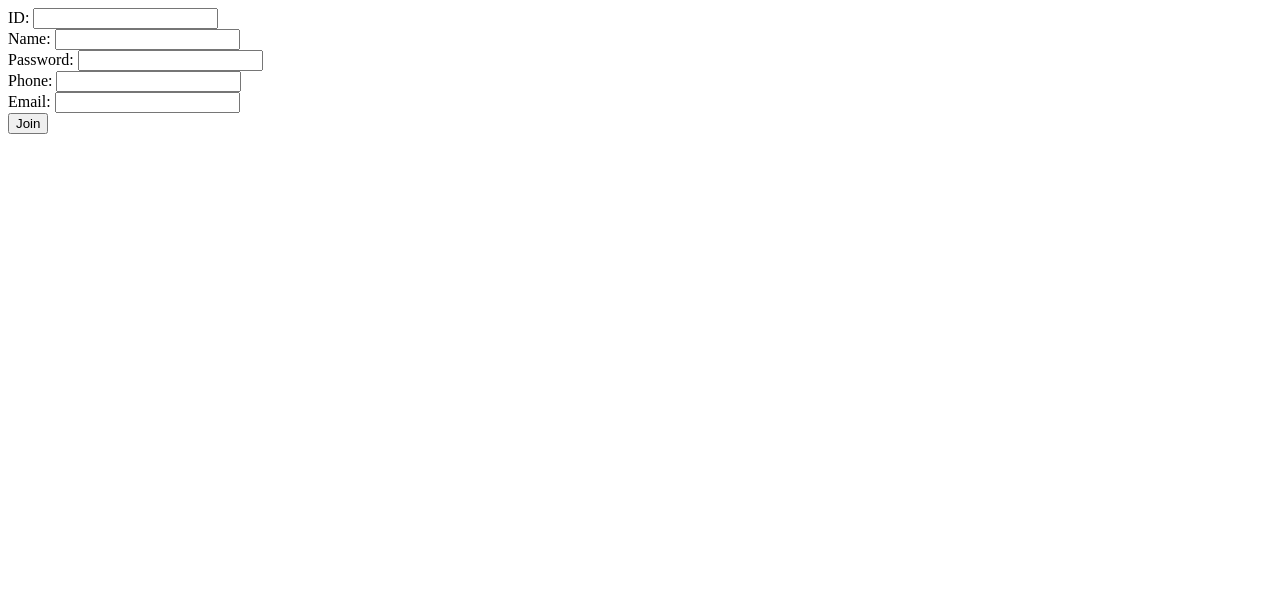
Repository: i-kemen/jsp
Page: WebTest/src/main/webapp/join.html
These files come from the project's save history. The page is drawn as it stood at one moment and after the next save; the edit follows.
The browser window is 1280 px wide. The pictures show the whole page.

Above is the page before, as saved 2023-06-26 08:54:44.

After the next save:
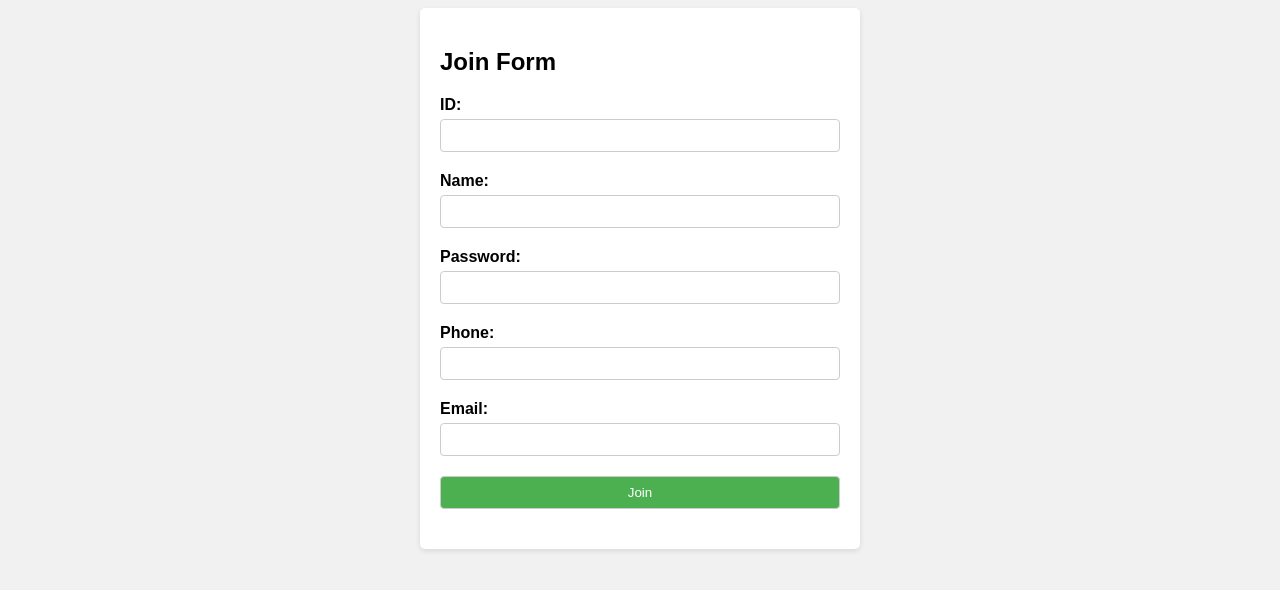
Saved 55 s later.
--- a/WebTest/src/main/webapp/join.html
+++ b/WebTest/src/main/webapp/join.html
@@ -1,49 +1,112 @@
 <!DOCTYPE html>
 <html>
 <head>
-<meta charset="UTF-8">
-<title>Insert title here</title>
-<script>
-function validateForm() {
-  var password = document.getElementById("password").value;
-  var phone = document.getElementById("phone").value;
-  var email = document.getElementById("email").value;
-  var passwordPattern = /^(?=.*[a-zA-Z])(?=.*[0-9]).{4,}$/;
-  var phonePattern = /^010-\d{4}-\d{4}$/;
-  var emailPattern = /^\w+([\.-]?\w+)*@\w+([\.-]?\w+)*(\.\w{2,3})+$/;
+    <meta charset="UTF-8">
+    <title>Join Form</title>
+    <style>
+        body {
+            font-family: Arial, sans-serif;
+            background-color: #f1f1f1;
+        }
 
-  if (!passwordPattern.test(password)) {
-    alert("비밀번호는 영문과 숫자를 혼합하여 최소 4글자 이상으로 입력해주세요.");
-    return false;
-  }
+        .container {
+            max-width: 400px;
+            margin: 0 auto;
+            padding: 20px;
+            background-color: #fff;
+            border-radius: 5px;
+            box-shadow: 0 2px 5px rgba(0, 0, 0, 0.1);
+        }
 
-  if (!phonePattern.test(phone)) {
-    alert("전화번호를 010-0000-0000 형식으로 입력해주세요.");
-    return false;
-  }
+        .form-group {
+            margin-bottom: 20px;
+        }
 
-  if (!emailPattern.test(email)) {
-    alert("유효한 이메일 주소를 입력해주세요.");
-    return false;
-  }
+        .form-group label {
+            display: block;
+            margin-bottom: 5px;
+            font-weight: bold;
+        }
 
-  return true;
-}
-</script>
+        .form-group input {
+            width: 100%;
+            padding: 8px;
+            border: 1px solid #ccc;
+            border-radius: 4px;
+            box-sizing: border-box;
+        }
+
+        .form-group input[type="submit"] {
+            background-color: #4CAF50;
+            color: #fff;
+            cursor: pointer;
+        }
+
+        .form-group input[type="submit"]:hover {
+            background-color: #45a049;
+        }
+
+        .error-message {
+            color: #ff0000;
+            margin-top: 5px;
+        }
+    </style>
+    <script>
+        function validateForm() {
+            var password = document.getElementById("password").value;
+            var phone = document.getElementById("phone").value;
+            var email = document.getElementById("email").value;
+            var passwordPattern = /^(?=.*[a-zA-Z])(?=.*[0-9]).{4,}$/;
+            var phonePattern = /^010-\d{4}-\d{4}$/;
+            var emailPattern = /^\w+([\.-]?\w+)*@\w+([\.-]?\w+)*(\.\w{2,3})+$/;
+
+            if (!passwordPattern.test(password)) {
+                alert("비밀번호는 영문과 숫자를 혼합하여 최소 4글자 이상으로 입력해주세요.");
+                return false;
+            }
+
+            if (!phonePattern.test(phone)) {
+                alert("전화번호를 010-0000-0000 형식으로 입력해주세요.");
+                return false;
+            }
+
+            if (!emailPattern.test(email)) {
+                alert("유효한 이메일 주소를 입력해주세요.");
+                return false;
+            }
+
+            return true;
+        }
+    </script>
 </head>
 <body>
-    <form method="post" action="JoinOk" onsubmit="return validateForm()">
-        <label for="id">ID:</label>
-        <input type="text" id="id" name="id" required><br/>
-        <label for="name">Name:</label>
-        <input type="text" id="name" name="name" required><br/>
-        <label for="password">Password:</label>
-        <input type="password" id="password" name="password" required><br/>
-        <label for="phone">Phone:</label>
-        <input type="text" id="phone" name="phone" required><br/>
-        <label for="email">Email:</label>
-        <input type="email" id="email" name="email" required><br/>
-        <input type="submit" value="Join">
-    </form>
+    <div class="container">
+        <h2>Join Form</h2>
+        <form method="post" action="JoinOk" onsubmit="return validateForm()">
+            <div class="form-group">
+                <label for="id">ID:</label>
+                <input type="text" id="id" name="id" required>
+            </div>
+            <div class="form-group">
+                <label for="name">Name:</label>
+                <input type="text" id="name" name="name" required>
+            </div>
+            <div class="form-group">
+                <label for="password">Password:</label>
+                <input type="password" id="password" name="password" required>
+            </div>
+            <div class="form-group">
+                <label for="phone">Phone:</label>
+                <input type="text" id="phone" name="phone" required>
+            </div>
+            <div class="form-group">
+                <label for="email">Email:</label>
+                <input type="email" id="email" name="email" required>
+            </div>
+            <div class="form-group">
+                <input type="submit" value="Join">
+            </div>
+        </form>
+    </div>
 </body>
 </html>
